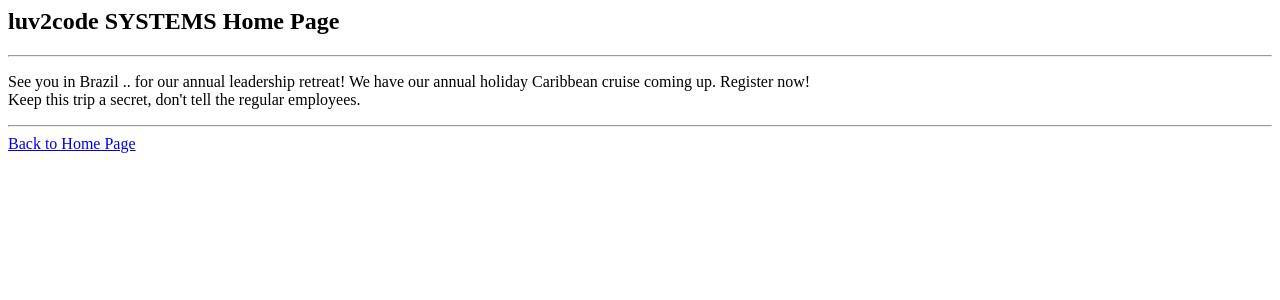
Repository: dchan98/spring-security-demo
Page: http://localhost/spring-security-demo-07-user-roles/systems
These files come from the project's save history. The page is drawn as it stood at one moment and after the next save; the edit follows.
The browser window is 1280 px wide. The pictures show the whole page.
The page is served by Tomcat 9. Other server files are loaded and not shown.

Above is the page before, as saved 2019-02-07 20:10:02.

### spring-security-demo-starter/spring-security-demo-07-user-roles/src/main/webapp/WEB-INF/view/systems.jsp
<html>

<head>
	<title>luv2code LEADERS Home Page</title>
</head>

<body>
<h2>luv2code SYSTEMS Home Page</h2>
<hr>

<p>
  See you in Brazil .. for our annual leadership retreat!
  We have our annual holiday Caribbean cruise coming up. Register now!
  <br>
  Keep this trip a secret, don't tell the regular employees.
</p>

<hr>
<a href="${pageContext.request.contextPath}/">Back to Home Page</a>
</body>
</html>

After the next save:
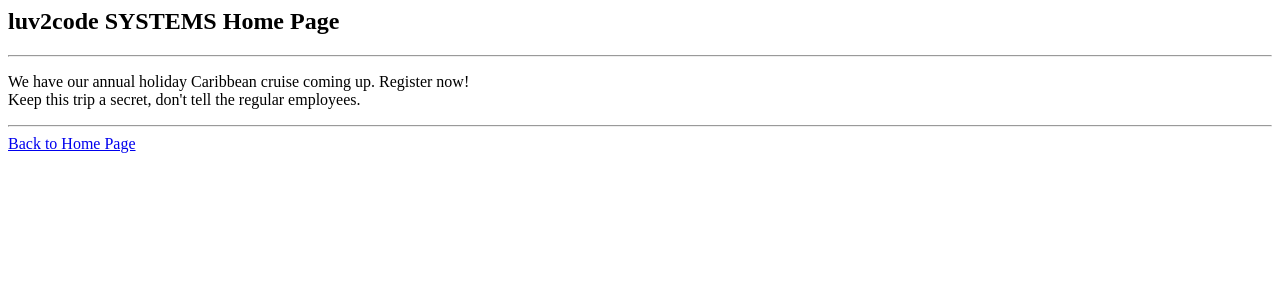
Saved 3 s later.
--- a/spring-security-demo-starter/spring-security-demo-07-user-roles/src/main/webapp/WEB-INF/view/systems.jsp
+++ b/spring-security-demo-starter/spring-security-demo-07-user-roles/src/main/webapp/WEB-INF/view/systems.jsp
@@ -9,7 +9,6 @@
 <hr>
 
 <p>
-  See you in Brazil .. for our annual leadership retreat!
   We have our annual holiday Caribbean cruise coming up. Register now!
   <br>
   Keep this trip a secret, don't tell the regular employees.
